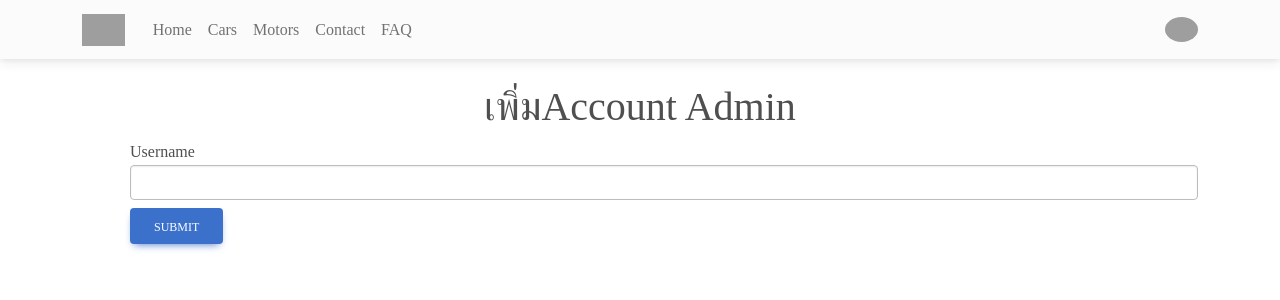
Repository: armychawakorn/Rent4U-Java
Page: http://localhost/miniproject/Admin/addusers.jsp
An editor plug-in stored every save of this project. The page is shown before and after the next save, followed by the edit.
The browser window is 1280 px wide. The pictures show the whole page.
Pictures or frames that could not be fetched are drawn as grey boxes. Some web fonts or font styles are not loaded; a fallback is used. Some web libraries are served in a nearby version. The page is served by Tomcat 9.

Above is the page before, as saved 2023-10-28 19:44:31.

After the next save:
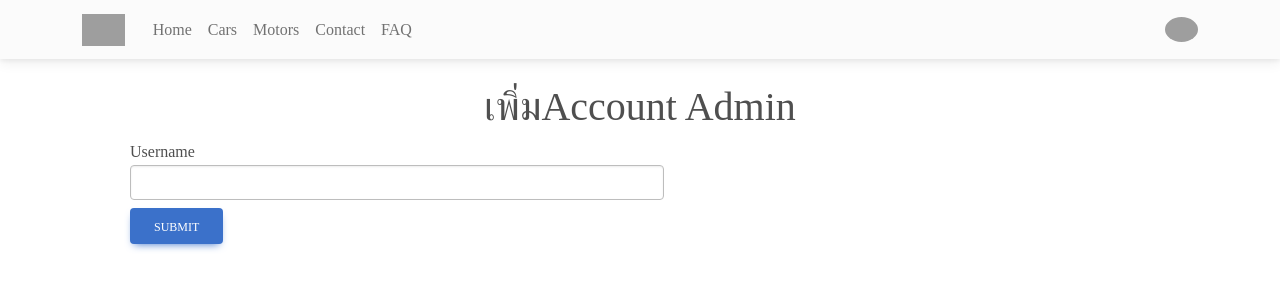
Saved 8 s later.
--- a/miniproject/src/main/webapp/Admin/addusers.jsp
+++ b/miniproject/src/main/webapp/Admin/addusers.jsp
@@ -25,7 +25,7 @@
 			<h1>เพิ่มAccount Admin</h1>
 		</div>
 		<form action="../Backend/AddRental.jsp" method="POST" class="ps-5 ">
-			<div class="form-group">
+			<div class="form-group w-50">
 				<label for="Customer">Username</label>
 				<input type="text" id="username" name="username" class="form-control">
 			</div>
